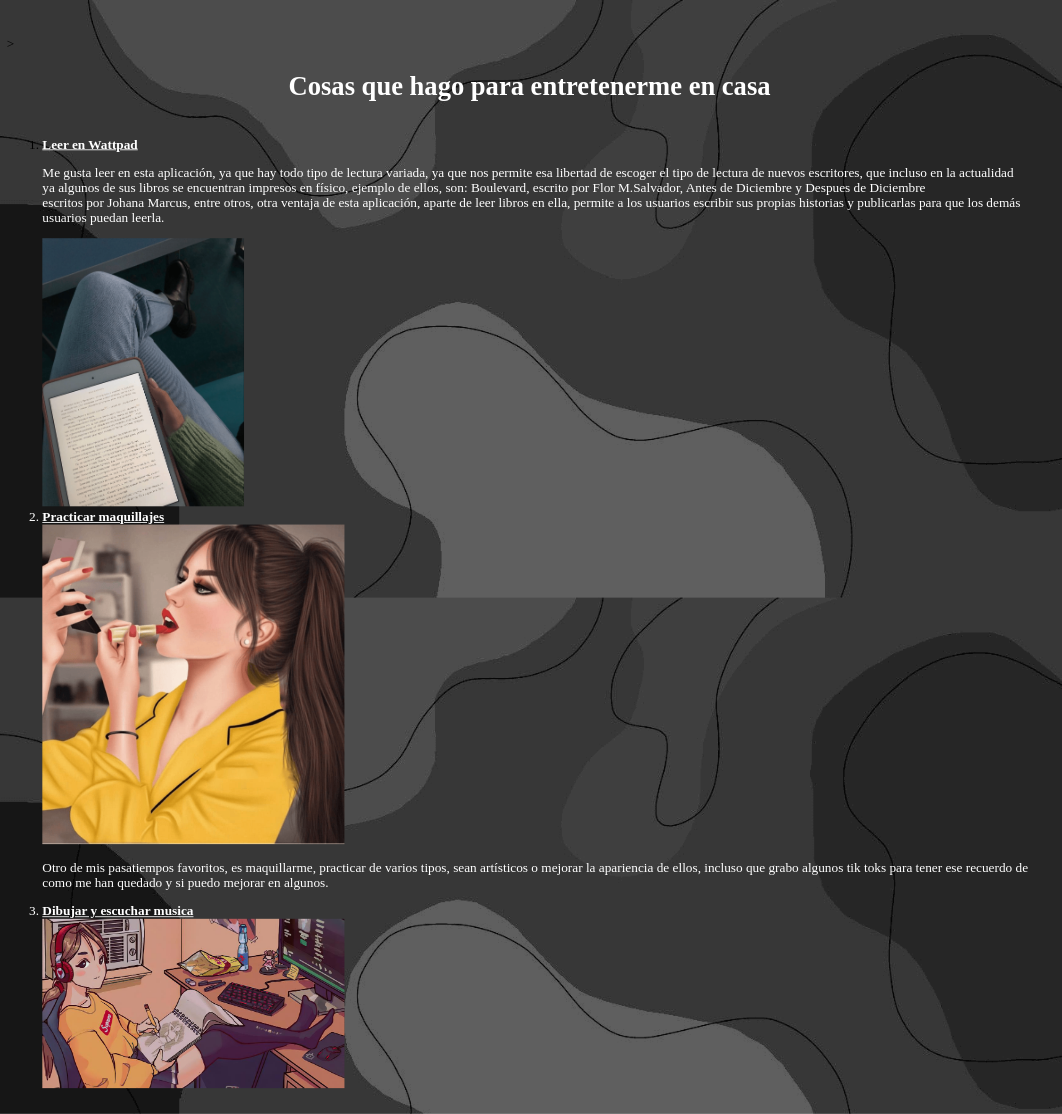
Repository: darlyn-saravia27/portafolio-darlynsaravia
Page: archivoshtml/entretenimiento.html
The author's editor kept a copy of each file at every save. The page is drawn from the files as they stood at one save, then again after the next save.
The browser window is 1280 px wide. The pictures show the whole page, at 83% of full size.

Above is the page before, as saved 2023-03-05 04:16:23.

After the next save:
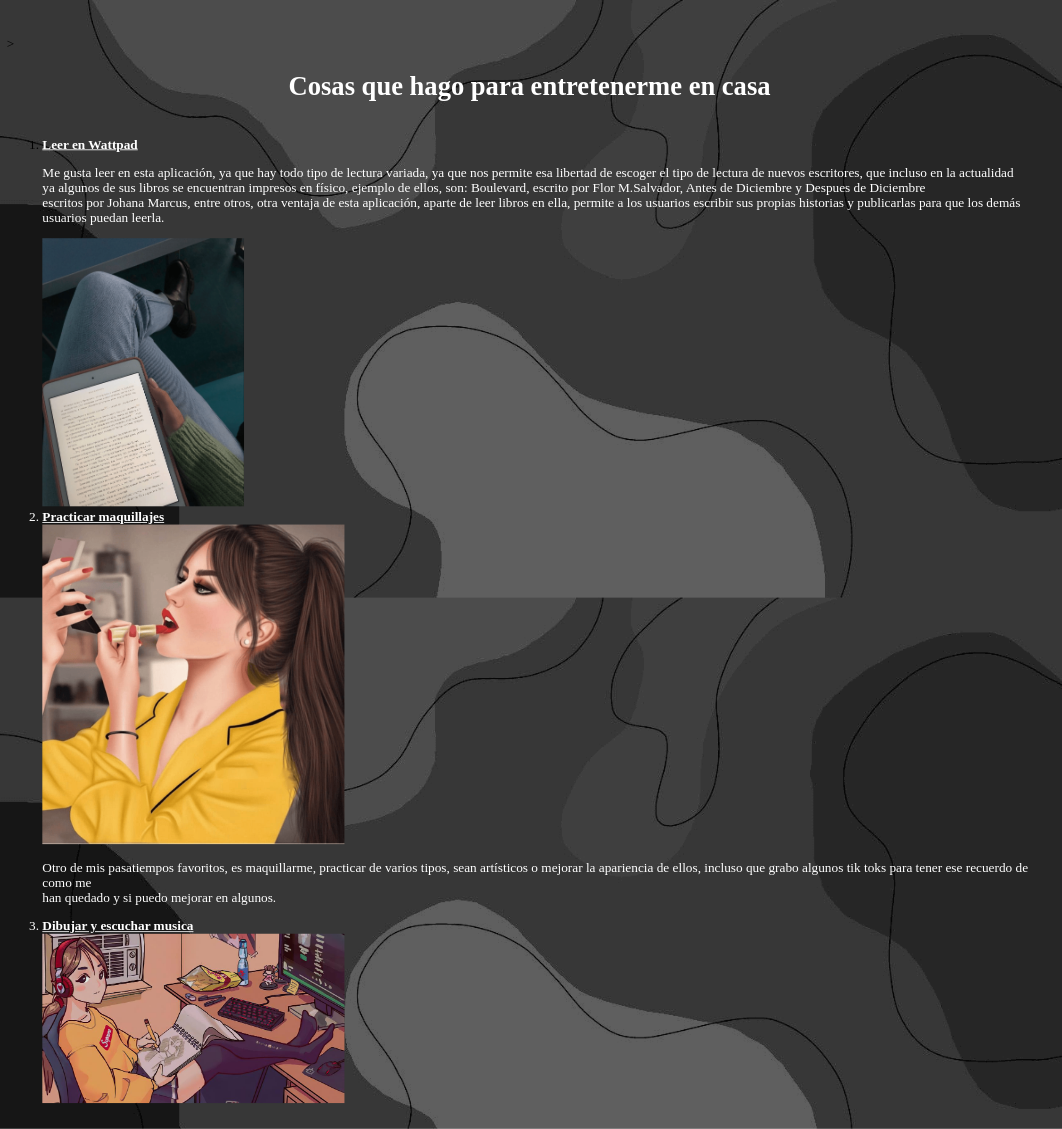
Saved 23 s later.
--- a/archivoshtml/entretenimiento.html
+++ b/archivoshtml/entretenimiento.html
@@ -27,7 +27,7 @@
                 <li type="1"><font color="white"><strong><u>Practicar maquillajes</strong></font></u></li>
                     <img src="art.png" width="30%" height="30%">
                     <p>Otro de mis pasatiempos favoritos, es maquillarme, practicar de varios tipos, sean artísticos o mejorar la apariencia
-                    de ellos, incluso que grabo algunos tik toks para tener ese recuerdo de como me han quedado y si puedo mejorar en algunos.
+                    de ellos, incluso que grabo algunos tik toks para tener ese recuerdo de como me<br> han quedado y si puedo mejorar en algunos.
                     </p>
                 <li type="1"><strong><font color="white"><u>Dibujar y escuchar musica<u></font></strong></li>
                     <img src="dibujo.png" width="30%" height="30%">
